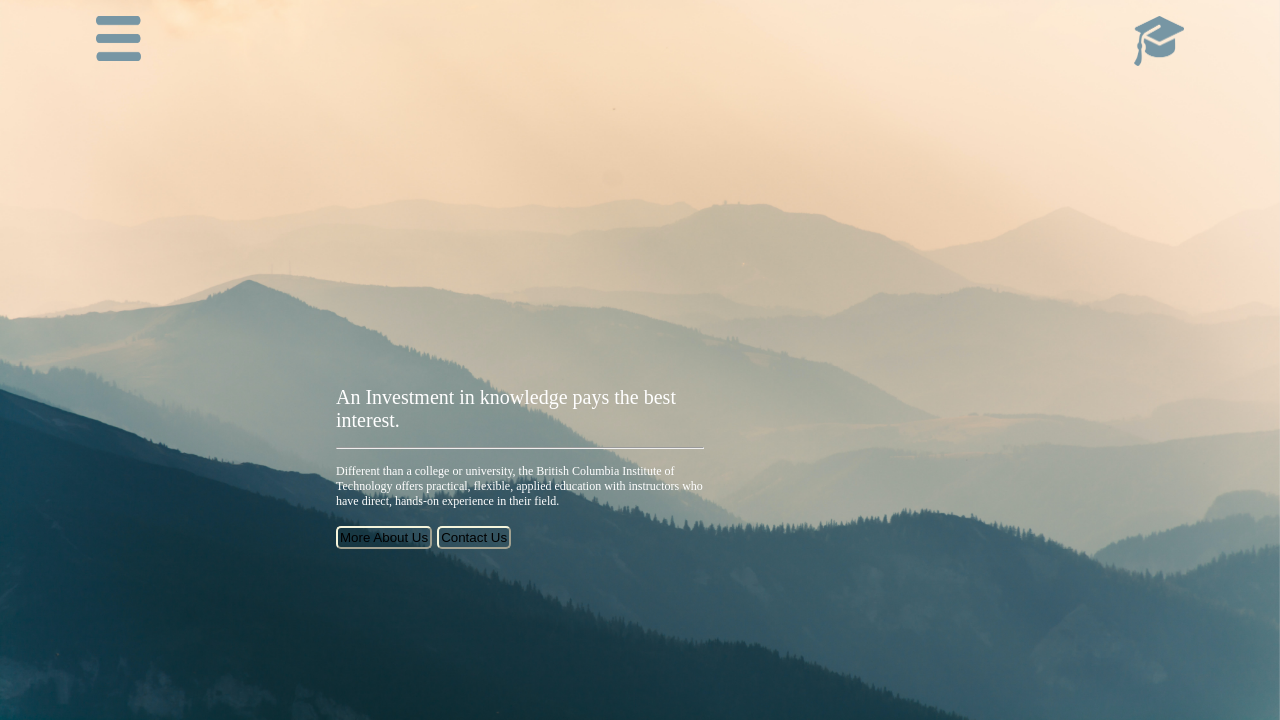
Repository: anoncoderin/assignment01-withCarousel-Madhu
Page: /
An editor plug-in stored every save of this project. The page is shown before and after a run of saves, followed by the edit.
The browser window is 1280 px wide. The pictures show the whole page.
The project was rebuilt for these pictures with package versions that can differ from the ones it lists, and the page was loaded fresh each time. The framework's server and built-in components were replaced by stand-ins that run in the browser. Also part of the build but not shown: next.config.js.

Above is the page before, as saved 2023-02-01 22:34:45.

After the next 3 saves:
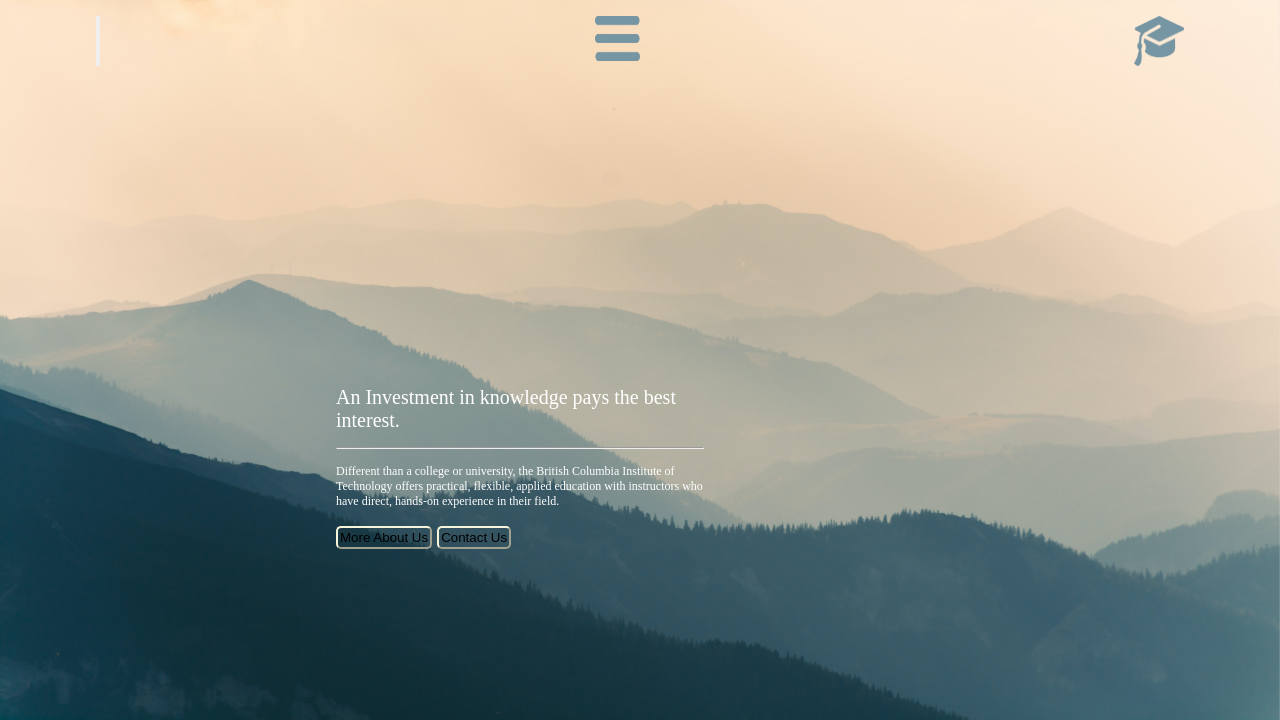
The 3 saves are shown as one change because they came seconds apart.
The last was saved 107 s later.
--- a/pages/index.js
+++ b/pages/index.js
@@ -31,7 +31,7 @@ export default function Home() {
       <main className={styles.main}>
         <div className={styles.info}>
           <div className={styles.nav}>
-            <Image src='/images/icons/icons/menu-icon.png' height={45} width={45}></Image>
+            <button></button><Image src='/images/icons/icons/menu-icon.png' height={45} width={45}></Image>
             <Image src='/images/favicon/favicon.png' height={50} width={50}></Image>
 
           </div>
